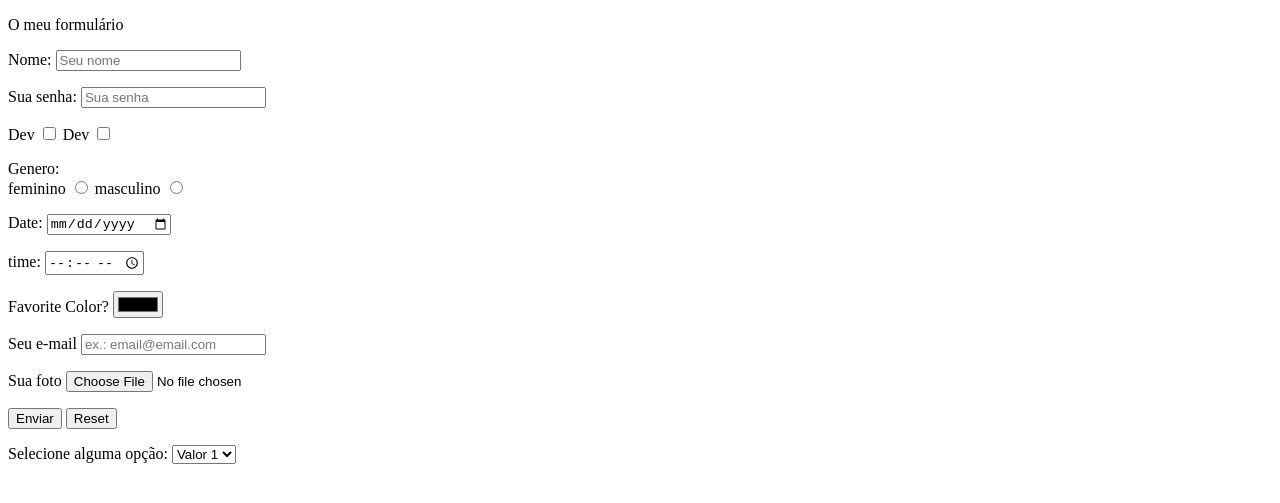
Repository: danilodscosta/CursoHTML
Page: index2.html
An editor plug-in stored every save of this project. The page is shown before and after the next save, followed by the edit.
The browser window is 1280 px wide. The pictures show the whole page.

Above is the page before, as saved 2023-11-02 16:12:09.

### index2.html
<!DOCTYPE html>
<html lang="pt-BR">

<head>
    <meta charset="utf-8">
    <meta name="viewport"
    content="width=device-width, inital-scale=1.0">
    <title>HTML</title>

    <style>
        label {
            cursor: pointer;
        }

    </style>
</head>

<body>
    <form action="#" method="get" autocomplete="off">
        <p>O meu formulário</p>
        <p>
            <label for="nome">Nome:</label>
            <input type="text" id="nome" name="nome" placeholder="Seu nome">
        </p>

        <p>
            <label for="password">Sua senha:</label>
            <input type="password" id="password" name="password" placeholder="Sua senha">
        </p>

        <p>
            <label for="dev">Dev</label>
            <input type="checkbox" id="dev">
            <label for="dev">Dev</label>
            <input type="checkbox" id="dev">
        </p>

        <p>
            Genero:<br>
            <label for="feminino">feminino</label>
            <input type="radio" id="feminino" name="genero" value="feminino">
            <label for="masculino">masculino</label>
            <input type="radio" id="masculino" name="genero" value="masculino">
        </p>

        <p>
            <label for="date">Date:</label>
            <input type="date" id="date" name="date">
        </p>

        <p>
            <label for="hora">time:</label>
            <input type="time" id="hora" name="hora">
        </p>

        <p>
            <label for="cor">Favorite Color?</label>
            <input type="color" id="cor" name="cor">
        </p>

        <p>
            <label for="email">Seu e-mail</label>
            <input type="email" id="email" name="email" placeholder="ex.: email@email.com">
        </p>

        <p>
            <label for="file">Sua foto</label>
            <input type="file" id="file" name="file">
        </p>

        <p>
            <button type="submit">Enviar</button>
            <button type="reset">Reset</button>
        </p>

        <p>
            <label for="select">Selecione alguma opção:</label>
            <select name="select" id="select">
                <option value="qualquer 1" label="Valor 1">
            </select>
        </p>


    </form>

</body>

</html>

After the next save:
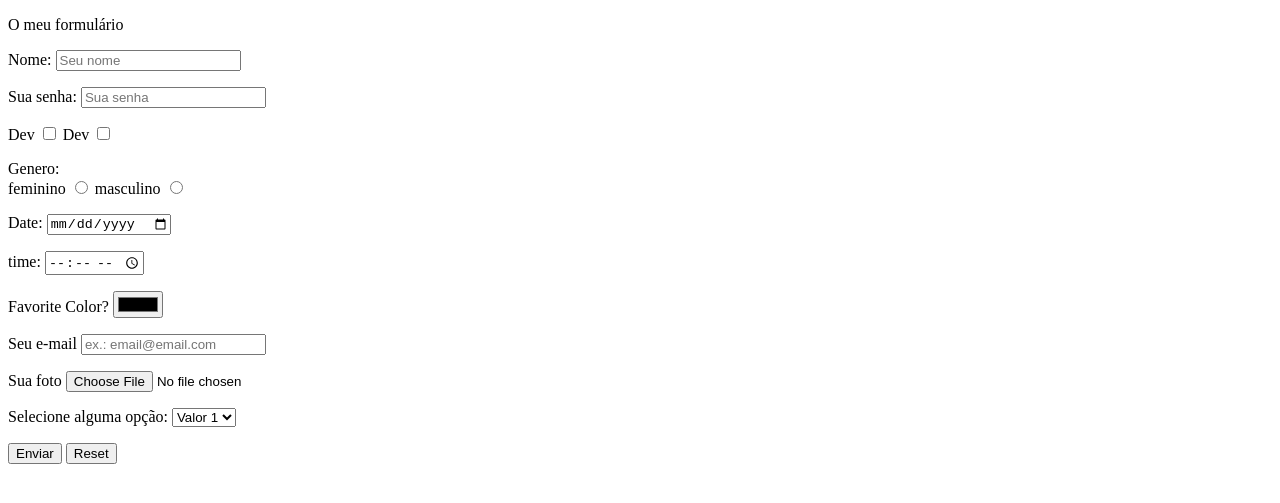
Saved 17 s later.
--- a/index2.html
+++ b/index2.html
@@ -69,15 +69,18 @@
         </p>
 
         <p>
-            <button type="submit">Enviar</button>
-            <button type="reset">Reset</button>
-        </p>
-
-        <p>
             <label for="select">Selecione alguma opção:</label>
             <select name="select" id="select">
                 <option value="qualquer 1" label="Valor 1">
             </select>
+        </p>
+
+
+
+
+        <p>
+            <button type="submit">Enviar</button>
+            <button type="reset">Reset</button>
         </p>
 
 
